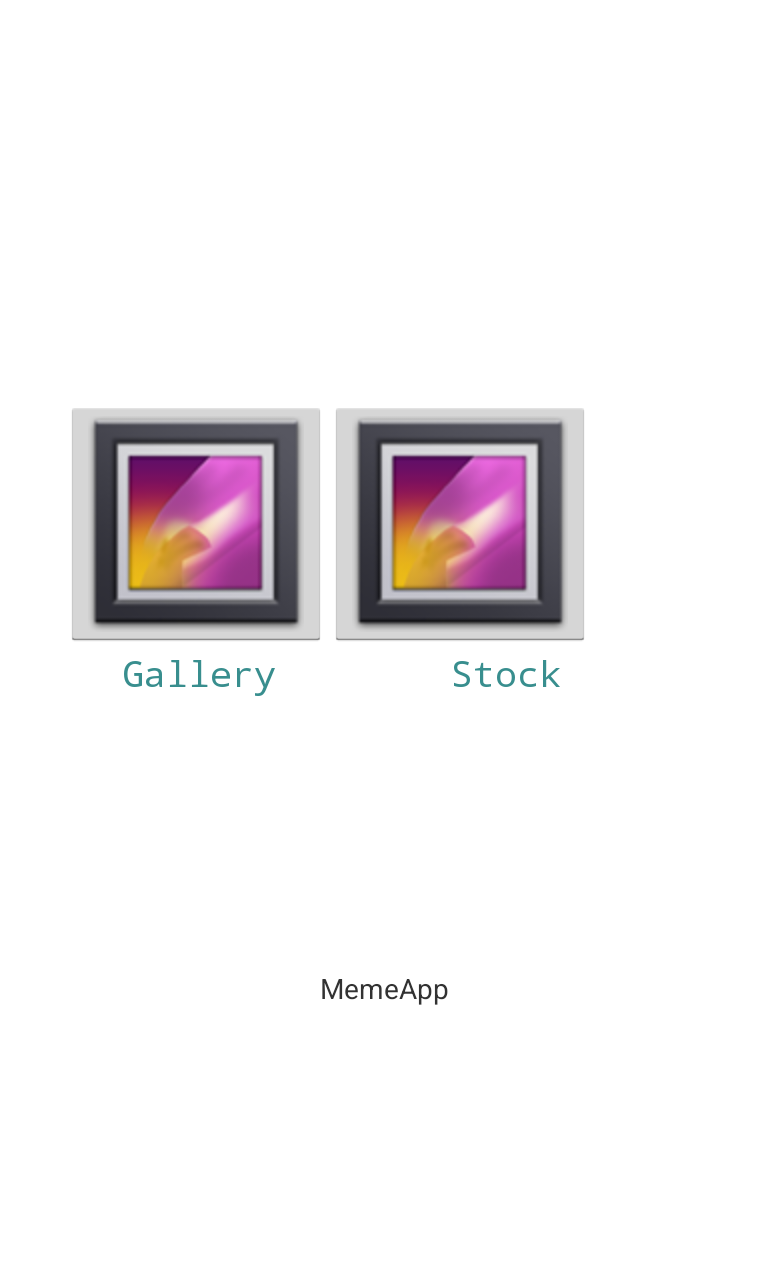
Repository: njb26/3093_Software_Engineering_2013
Layout: app/workspace/MemeApp/res/layout/activity_selection.xml
These files come from the project's save history. The layout is drawn as it stood at one moment and after the next save; the edit follows.
It is drawn on a 768 x 1280 px phone screen (xhdpi) without system bars, with theme AppTheme; the app's code is not run.

Above is the layout before, as saved 2013-05-23 21:44:06.

After the next save:
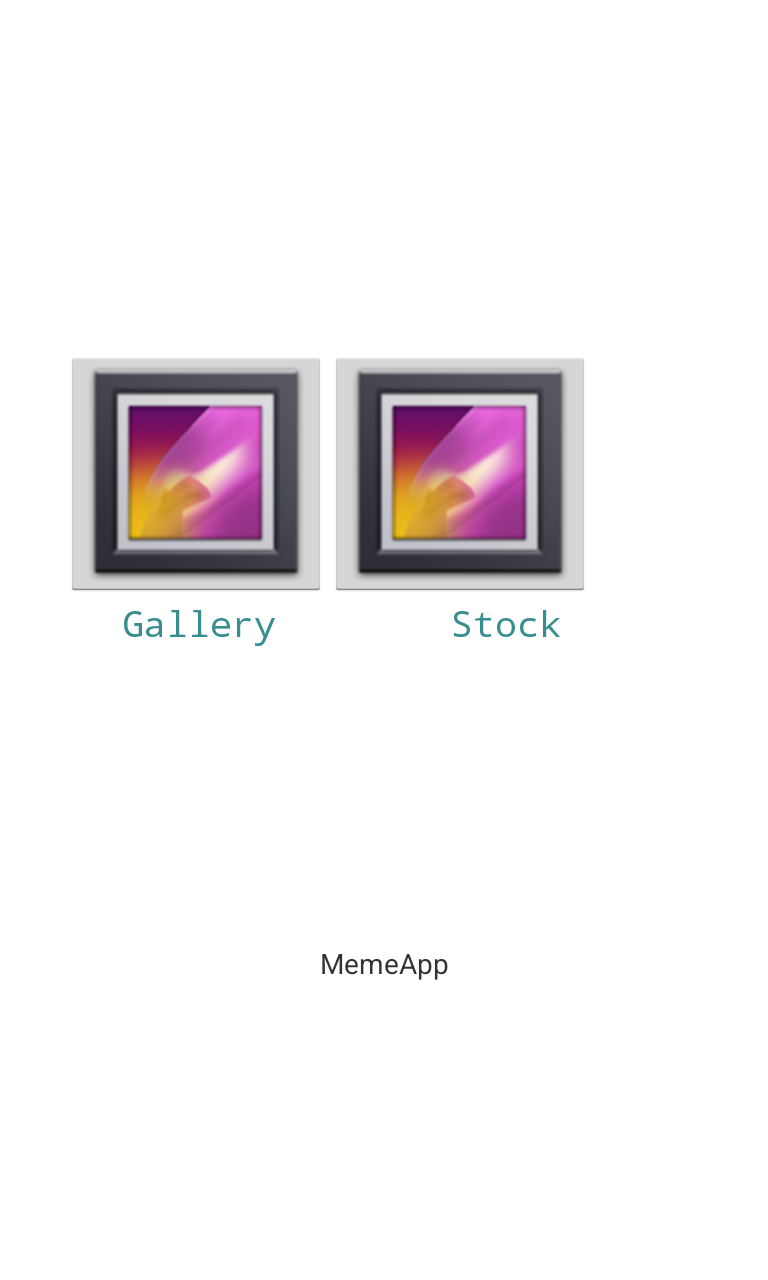
Saved 10 s later.
--- a/app/workspace/MemeApp/res/layout/activity_selection.xml
+++ b/app/workspace/MemeApp/res/layout/activity_selection.xml
@@ -1,7 +1,7 @@
 <LinearLayout xmlns:android="http://schemas.android.com/apk/res/android"
     android:layout_width="wrap_content"
     android:layout_height="fill_parent"
-    android:paddingTop="200dp"
+    android:paddingTop="175dp"
     android:paddingLeft="16dp"
     android:paddingRight="16dp"
     android:orientation="vertical">
